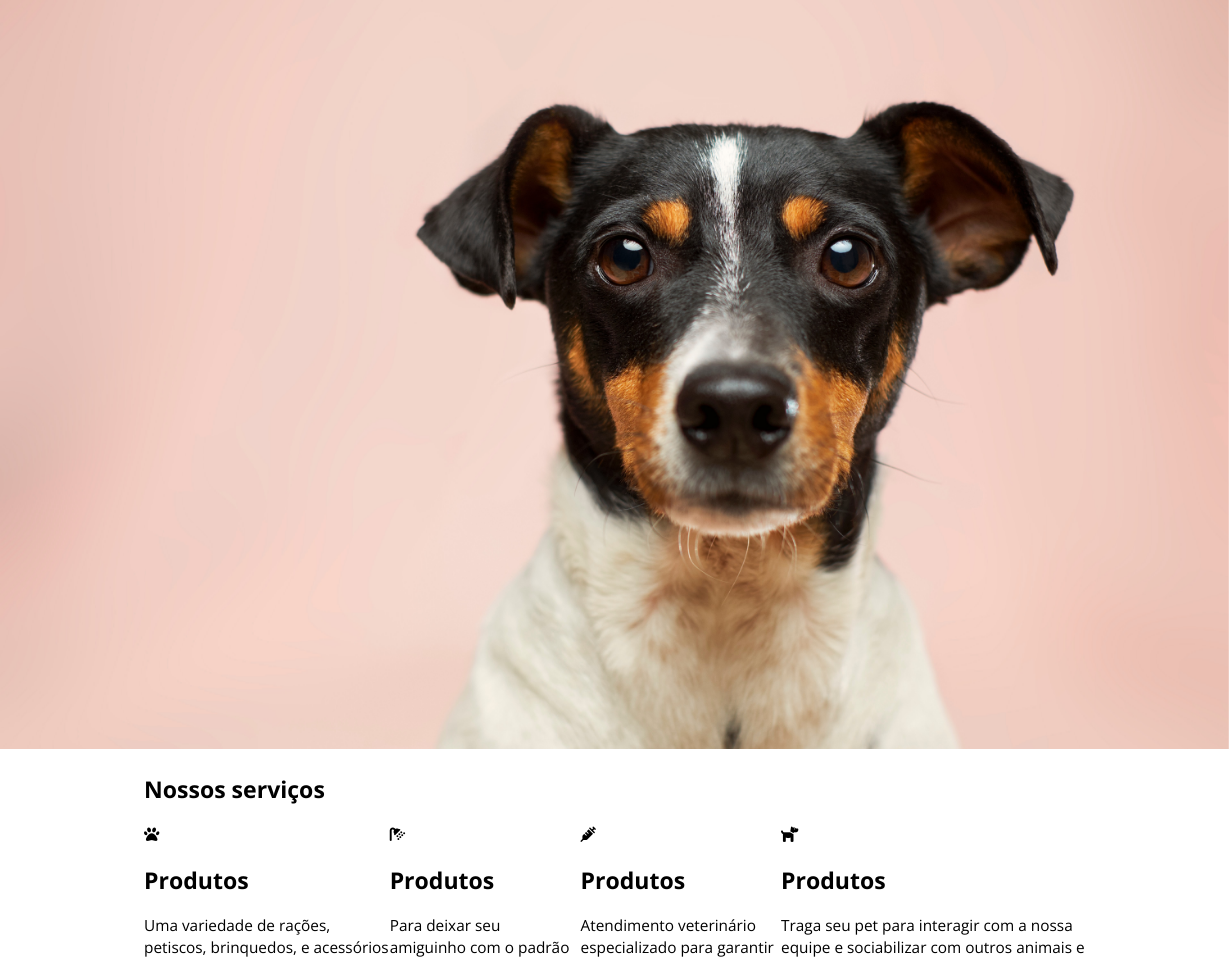
Repository: Carolden/ProhetoPetShop
Page: index.html
These files come from the project's save history. The page is drawn as it stood at one moment and after the next save; the edit follows.
The browser window is 1280 px wide. The pictures show the part of the page from y = 270 to 1267 px (the page is 2841 px tall before and 2801 px after), at 96% of full size.
A picture or video elsewhere on the page could not be fetched, so the positions and the page height are approximate.

Above is the page before, as saved 2023-04-28 10:12:44.

### index.html
<!DOCTYPE html>
<html lang="pt-BR">
<head>
    <meta charset="UTF-8">
    <meta http-equiv="X-UA-Compatible" content="IE=edge">
    <meta name="viewport" content="width=device-width, initial-scale=1.0">
    <title>Pet&Shop</title>
    <link rel="stylesheet" href="index.css">
    <link rel="stylesheet" href="sobre.css">
    <link rel="stylesheet" href="produtos.css">
    <link rel="stylesheet" href="servicos.css">
    <link rel="stylesheet" href="faleconosco.css">
    <link rel="stylesheet" href="https://cdnjs.cloudflare.com/ajax/libs/font-awesome/6.4.0/css/all.min.css">
    <link rel="preconnect" href="https://fonts.googleapis.com">
    <link rel="preconnect" href="https://fonts.gstatic.com" crossorigin>
    <link href="https://fonts.googleapis.com/css2?family=Open+Sans:wght@300;400;500;600;700;800&display=swap" rel="stylesheet">
</head>
<body>
    <header>

        <div class="headerrow">
            <div class="headercolumn">
                <img src="Imagens/logo-colored.svg" alt="logo" class="logocolored">
            </div>

            <div>
                <nav class="menu">
                    <a href="index.html" class="active">Home</a>
                    <a href="sobre.html">Sobre</a>
                    <a href="produtos.html">Produtos</a>
                    <a href="servicos.html">Serviços</a>
                    <a href="faleconosco.html">Fale Conosco</a>
                </nav>
            </div>
        </div>


    </header>

    <section>
        <img src="Imagens/banner.jpg" alt="banner" class="banner">
    </section>

    <main>

        <section class="container">

            <h1 class="h1">Nossos serviços</h1>

            <div class="servicesrow">

                <div class="servicescolumn">
                    <i class="fa-solid fa-paw"></i>
                    <h2>Produtos</h2>
                    <p>Uma variedade de rações, petiscos, brinquedos, e acessórios para atender o seu amiguinho da melhor forma.</p>
                </div>

                <div class="servicescolumn">
                    <i class="fa-solid fa-shower"></i>
                    <h2>Produtos</h2>
                    <p>Para deixar seu amiguinho com o padrão de beleza que ele merece e muito cheiroso.</p>
                </div>

                <div class="servicescolumn">
                    <i class="fa-solid fa-syringe"></i>
                    <h2>Produtos</h2>
                    <p>Atendimento veterinário especializado para garantir a saúde e o bem-estar do seu amigo. </p>
                </div>

                <div class="servicescolumn">
                    <!-- alterar icone com color e font zie, colocar link no head -->
                    <i class="fa-solid fa-dog"></i>
                    <h2>Produtos</h2>
                    <p>Traga seu pet para interagir com a nossa equipe e sociabilizar com outros animais e fiquei tranquilo(a) para suas atividades do dia-a-dia</p>
                </div>

            </div>

        <section>



        </section class="container">

            <div class="logowhitetext">
                <img src="Imagens/logo-white.svg" alt="logowhite" class="logowhite">
                <p><bolder>Só quem é apaixonado por animais sabe: </bolder>a relação de amor e cumplicidade que temos com nossos bichinhos de estimação é um vínculo único! Por essa razão, não medimos esforços para oferecer o que há de melhor para trazer ainda mais alegria e qualidade de vida. Rações, acessórios, medicamentos e brinquedos estão na nossa listinha de prioridades; e tudo isso você encontra aqui na pet&shop.</p>
            </div>

        </section>

        <section class="container">

            <div class="prodrow">

                <div class="prodcolumn">
                    <img src="Imagens/Produtos/product-1.webp" alt="ração">
                    <p>Royal Canin Maxi Adult 15kg</p>
                    <h4>R$ 109,90</h4>
                </div>

                <div class="prodcolumn">
                    <img src="Imagens/Produtos/product-2.webp" alt="ração">
                    <p>Premier Fórmula Raças Medias Adulto</p>
                    <h4>R$ 79,90</h4>
                </div>

                <div class="prodcolumn">
                    <img src="Imagens/Produtos/product-3.webp" alt="ração">
                    <p>Pro Plan Raças Pequenas Reduced Calorie</p>
                    <h4>R$ 79,90</h4>
                </div>

                <div class="prodcolumn">
                    <img src="Imagens/Produtos/product-4.webp" alt="ração">
                    <p>EasOtic 10ml - Virbac</p>
                    <h4>R$ 169,90</h4>
                </div>

                <div class="prodcolumn">
                    <img src="Imagens/Produtos/product-5.webp" alt="moletom">
                    <p>Moletom Snoopy Sleeping Azul - Zooz</p>
                    <h4>R$ 39,90</h4>
                </div>

                <div class="prodcolumn">
                    <img src="Imagens/Produtos/product-6.webp" alt="ração">
                    <p>N&D Ancestral Selection Cães Adultos Raças Grandes</p>
                    <h4>R$ 89,90</h4>
                </div>

            </div>

            <div class="prodrow">

                <div class="prodcolumn">
                    <img src="Imagens/Produtos/product-7.webp" alt="ração">
                    <p>Kit Hills Prescription Diet Lata A/D Urgent Care 156g</p>
                    <h4>R$ 44,90</h4>
                </div>

                <div class="prodcolumn">
                    <img src="Imagens/Produtos/product-8.webp" alt="ração">
                    <p>Three Cats Original Sênior 10,1kg</p>
                    <h4>R$ 69,90</h4>
                </div>

                <div class="prodcolumn">
                    <img src="Imagens/Produtos/product-9.webp" alt="ração">
                    <p>Peitoral Ergocomfort Rosa Ferplast</p>
                    <h4>R$ 134,90</h4>
                </div>

                <div class="prodcolumn">
                    <img src="Imagens/Produtos/product-10.webp" alt="ração">
                    <p>Peitoral Para Cachorros Sail Dog 27</p>
                    <h4>R$ 129,90</h4>
                </div>

                <div class="prodcolumn">
                    <img src="Imagens/Produtos/product-11.webp" alt="ração">
                    <p>Guia Para Cachorros Tropical Dog 27</p>
                    <h4>R$ 114,90</h4>
                </div>

                <div class="prodcolumn">
                    <img src="Imagens/Produtos/product-12.webp" alt="ração">
                    <p>Guia Para Cachorros One Dog 27</p>
                    <h4>R$ 114,90</h4>
                </div>

            </div>

            <button>Ver mais</button>

        </section>

    </main>

    <footer class="container">

        <div>
            <img src="Imagens/logo-white.svg" alt="logo" class="logofooter">
        </div>

        <div class="footerrow">

            <div class="footercolumn">
                <h4>Contato</h4>
                <address>
                    Estrada sem nome, 1234, Sala 0
                    Bairro - Cidade / UF
                    12345-678
                    (00) 99999-9999
                    contato@petshop.com.br
                </address>
            </div class="cootercolumn">
                <h4>Horário de funcionamento</h4>
                <p>
                    De Segunda a Sexta-feira das 9 às 19hs.
                    Aos Sábados das 9 às 18hs.
                </p>
            <div>
                <h4>Siga-nos</h4>
                <i class="fa-brands fa-facebook-f"></i>
                <i class="fa-brands fa-instagram"></i>
                <i class="fa-brands fa-tiktok"></i>
                <i class="fa-brands fa-twitter"></i>
                <i class="fa-brands fa-youtube"></i>
            </div>

        </div>

        <div class="devdbycrie">
            <p>© 2022 pet&shop | Todos os direitos reservados. Desenvolvido por Crie_TI</p>
        </div>


    </footer>






















































</body>
</html>

### index.css

@import url('https://fonts.googleapis.com/css2?family=Open+Sans:wght@300&display=swap');


body {
    margin: 0;
    border: 0;
    font-family: 'Open Sans', sans-serif;
}

.logocolored {
    width: 300px;
}

.headerrow {
    display: flex;
    width: 100%;
    align-items: center;
    padding-top: 10px;
    padding-bottom: 10px;
}

.menu a {
    text-decoration: none;
    padding: 12px;
    color: #382c32;
    font-weight: 600;
    font-size: 18px;
}

a.active {
    color: white;
    background-color: #FF0077;;
    padding-top: 100%;
    padding-bottom: 100%;
}

a.active:hover {
    color: white
}

a:hover {
    color: #FF0077;;
}

.headercolumn {
    width: 50%;
    padding-left: 150px;
}

.banner{
    width: 100%;
    height: 800px;
    object-fit: cover;
}

.servicesrow {
    display: flex;
}

.h1 {
    align-content: center;
}

.logowhite {
    width: 300px;
}

.logowhitetext {
    background-color: blue;
    width: 100%;
}

.container {
    padding-left: 150px;
    padding-right: 150px;
}

.prodrow {
    display: flex;
    width: 100%;
}

.prodcolumn {
    width: 16.66%;
}

.prodcolumn img {
    width: 100%;
    height: auto;
    object-fit: cover;
}

.footerrow {
    display: flex;
}

Loaded but not shown: sobre.css (no stored copy; drawn as an empty file); produtos.css (no stored copy; drawn as an empty file); servicos.css (no stored copy; drawn as an empty file); faleconosco.css (no stored copy; drawn as an empty file)

After the next save:
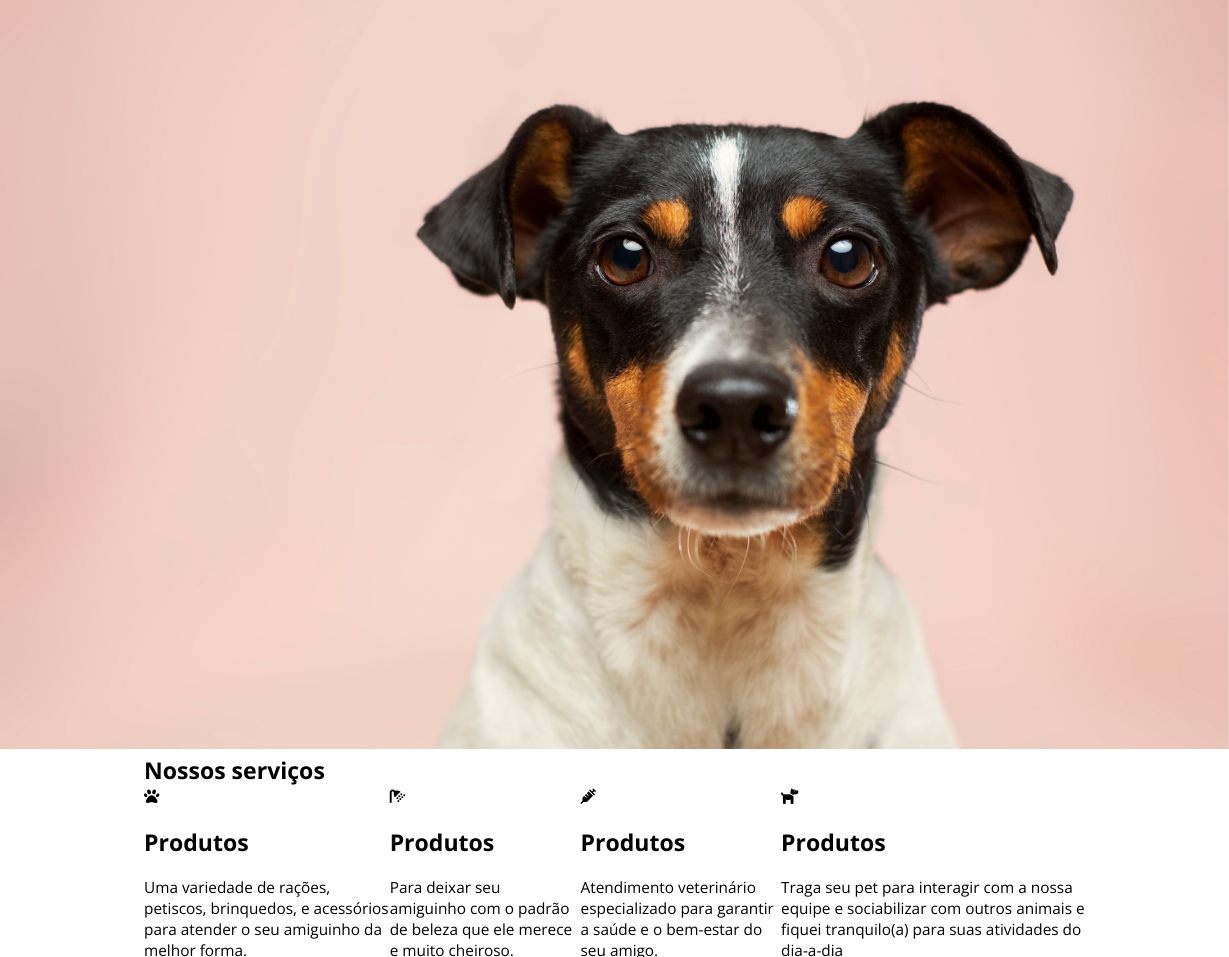
Saved 110 s later.
--- a/index.css
+++ b/index.css
@@ -59,7 +59,7 @@ a:hover {
 }
 
 .h1 {
-    align-content: center;
+    margin: auto;
 }
 
 .logowhite {
